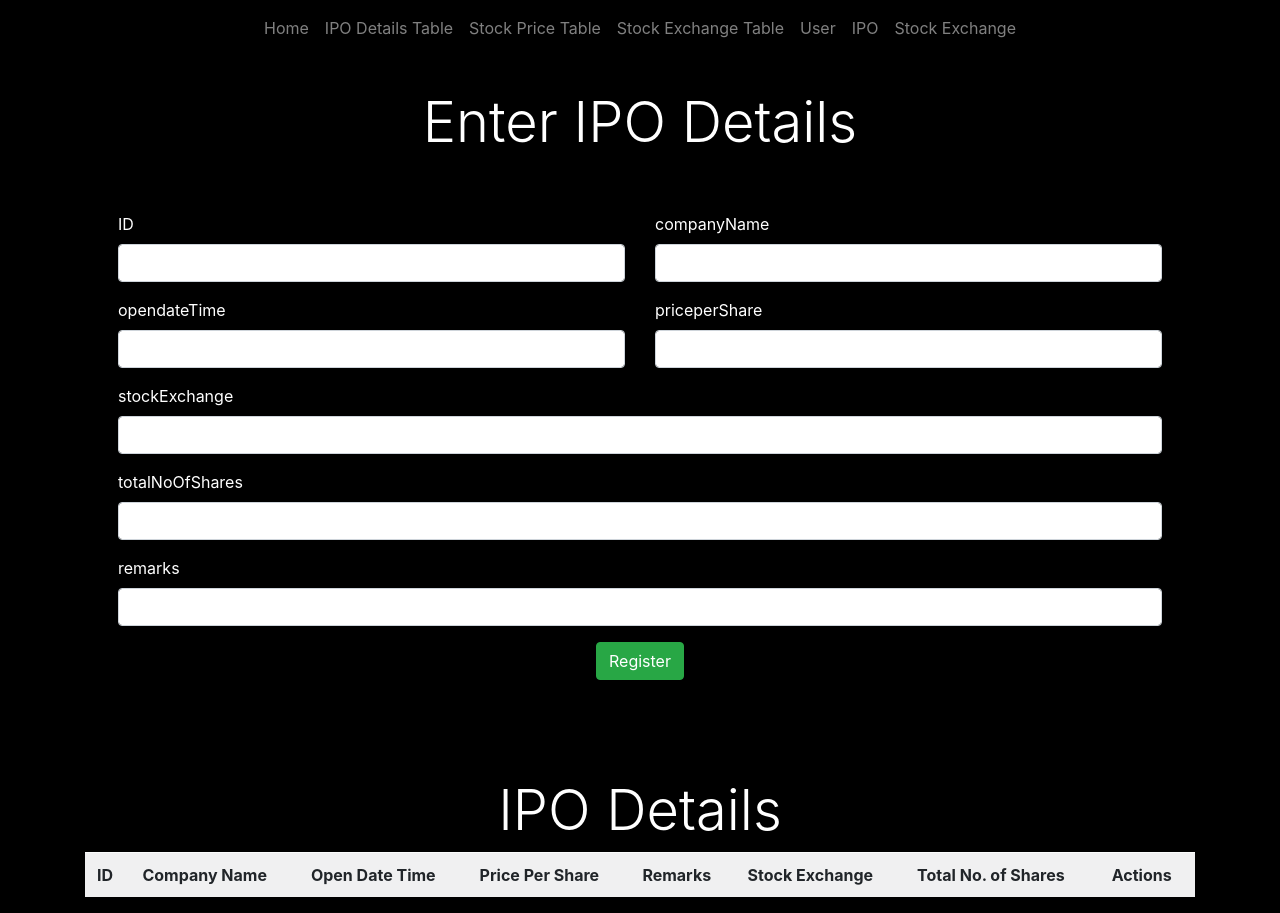
Repository: Gurudutt-S/cts-training
Page: http://localhost/StockExchangeChartingWeb/WEB-INF/views/ipos.jsp
These files come from the project's save history. The page is drawn as it stood at one moment and after the next save; the edit follows.
The browser window is 1280 px wide. The pictures show the whole page.
The page is served by Tomcat 9. Nobody is signed in. The template is opened directly, without the code that normally fills it, so the values that code supplies are empty.

Above is the page before, as saved 2020-02-12 11:47:07.
Console error (its wording comes from the project's code and is left out).

After the next save:
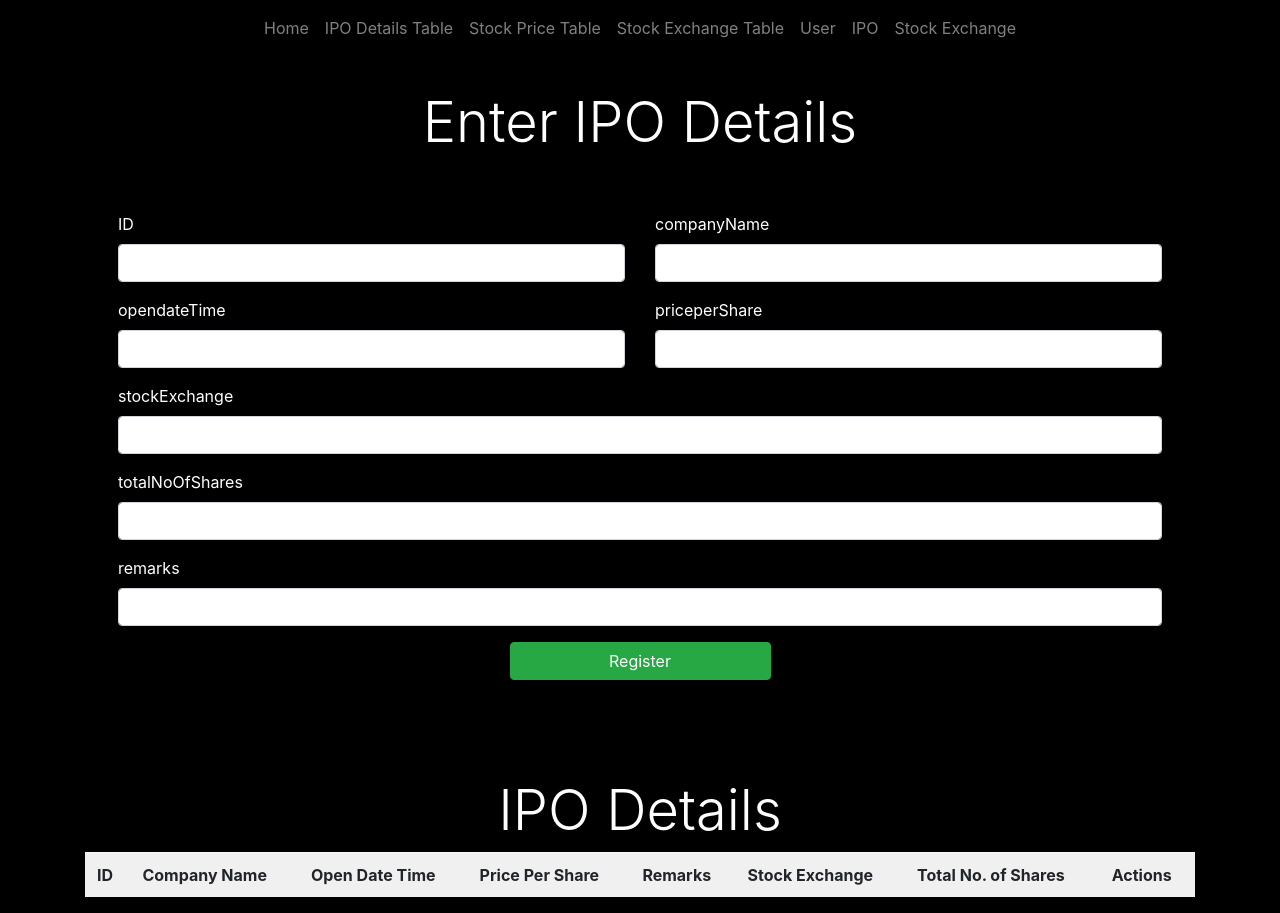
Saved 11 s later.
--- a/Day_36/StockExchangeChartingWeb/src/main/webapp/WEB-INF/views/ipos.jsp
+++ b/Day_36/StockExchangeChartingWeb/src/main/webapp/WEB-INF/views/ipos.jsp
@@ -44,10 +44,10 @@
 
 		<div class="text-center">
 			<c:if test="${empty ipoDetails.companyName}">
-				<input type="submit" value="Register" class="btn btn-success ">
+				<input type="submit" value="Register" class="btn btn-success w-25 ">
 			</c:if>
 			<c:if test="${!empty ipoDetails.companyName}">
-				<input type="submit" value="Update" class="btn btn-success ">
+				<input type="submit" value="Update" class="btn btn-success w-25">
 			</c:if>
 		</div>
 
